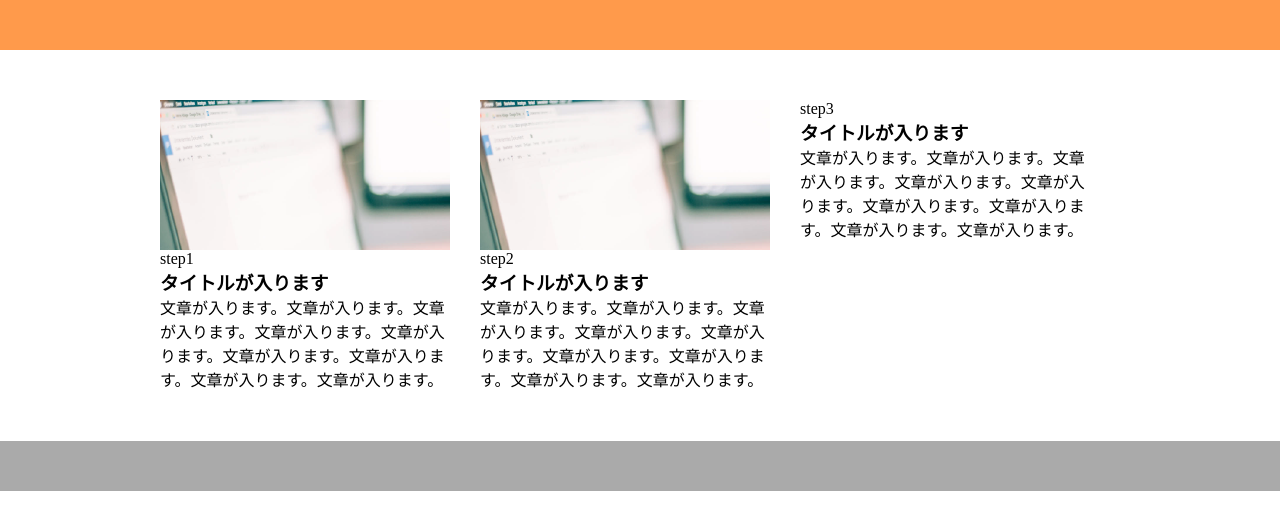
Repository: yuu2310/dmm-webcamp
Page: chapter9_exericise/index.html
The author's editor kept a record of every edit. The page is drawn from the files as they stood at one moment, then again after the next edit.
The browser window is 1280 px wide. The pictures show the whole page.
Some web libraries are served in a nearby version.

Above is the page before.

After the next edit:
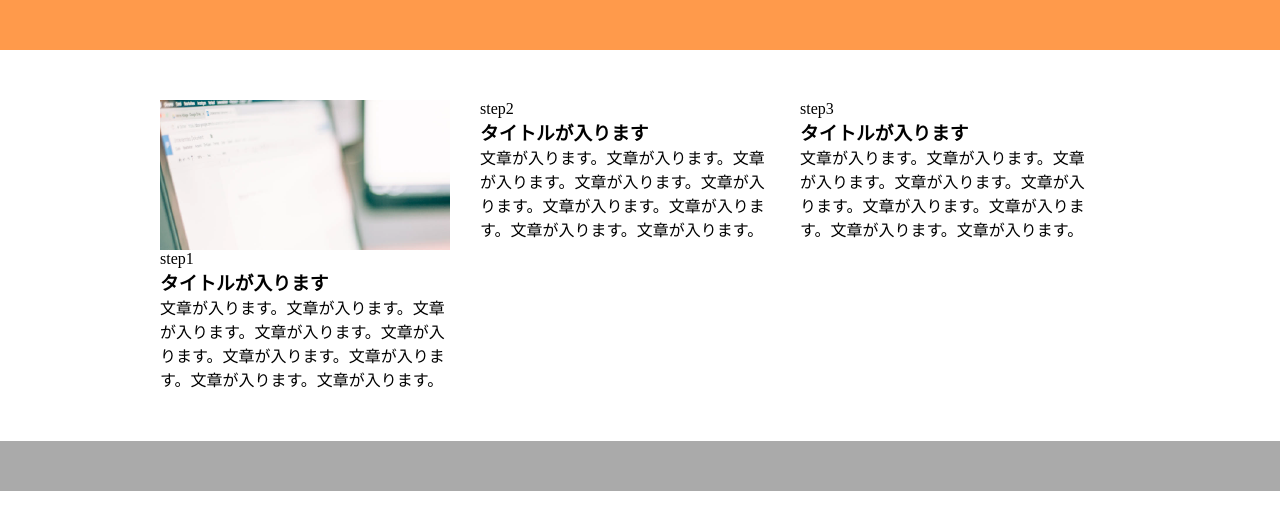
The edit:
--- a/chapter9_exericise/index.html
+++ b/chapter9_exericise/index.html
@@ -21,7 +21,7 @@
         <p>文章が入ります。文章が入ります。文章が入ります。文章が入ります。文章が入ります。文章が入ります。文章が入ります。文章が入ります。文章が入ります。</p>
       </div>
       <div class="step-box">
-        <div class="step-img1"></div>
+        <div class="step-img2"></div>
         <span class="step-num">step2</span>
         <h3 class="title">タイトルが入ります</h3>
         <p>文章が入ります。文章が入ります。文章が入ります。文章が入ります。文章が入ります。文章が入ります。文章が入ります。文章が入ります。文章が入ります。</p>
